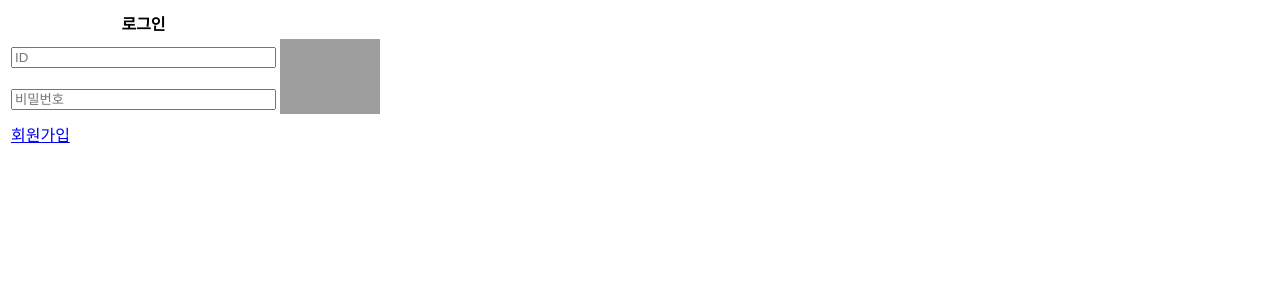
Repository: fellownew/web_workspace
Page: http://localhost/BankSystem/login/login_form.jsp
An editor plug-in stored every save of this project. The page is shown before and after the next save, followed by the edit.
The browser window is 1280 px wide. The pictures show the whole page.
Pictures or frames that could not be fetched are drawn as grey boxes. The page is served by Tomcat 9. Nobody is signed in. The application's start-up code is not run.

Above is the page before, as saved 2015-03-30 10:39:57.

After the next save:
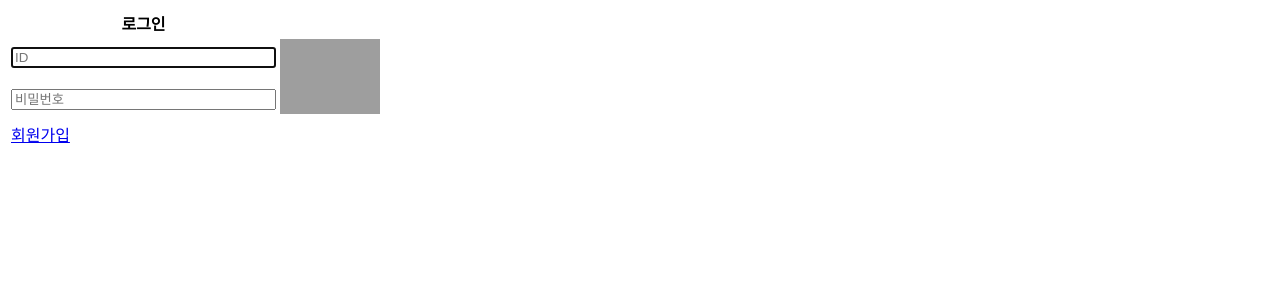
Saved 71 s later.
--- a/BankSystem/WebContent/login/login_form.jsp
+++ b/BankSystem/WebContent/login/login_form.jsp
@@ -20,7 +20,7 @@
 		<th colspan="2">로그인</th>
 	</tr>
 	<tr>
-		<td colspan="2"><input type="text" name="id" size="30" maxlength="20" placeholder="ID" tabindex="1"></td>
+		<td colspan="2"><input type="text" name="id" size="30" maxlength="20" placeholder="ID" tabindex="1" autofocus="autofocus"></td>
 		<td rowspan="2"><input type="image" src="/myweb/images/loginimg.jpg" width="100" tabindex="3"></td>
 	</tr>
 	<tr>
